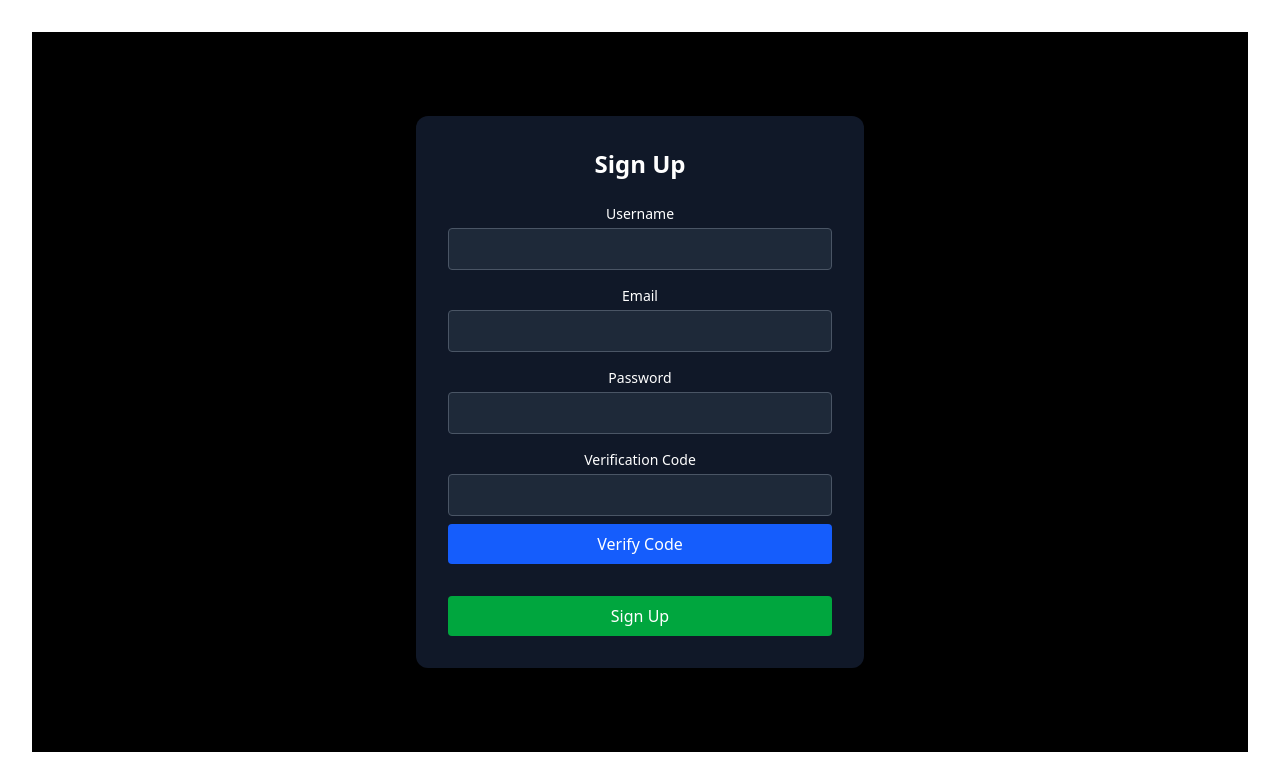
Repository: Meruem09/Briskly
Page: / (app in briskly/)
The author's editor kept a copy of each file at every save. The page is drawn from the files as they stood at one save, then again after the next save.
The browser window is 1280 px wide. The pictures show the whole page.
The page's requests for data from a server got no answer. The project was rebuilt for these pictures with package versions that can differ from the ones it lists, and the page was loaded fresh each time. Some packages were replaced by stand-ins written for this rebuild. No one was signed in, and anything a server would have sent is missing. Also part of the build but not shown: briskly/vite.config.js.

Above is the page before, as saved 2025-06-28 18:52:02.

### briskly/src/main.jsx
import { StrictMode } from 'react'
import { createRoot } from 'react-dom/client'
import { ClerkProvider } from '@clerk/clerk-react'
import './index.css'
import App from './App.jsx'

const PUBLISHABLE_KEY = import.meta.env.VITE_CLERK_PUBLISHABLE_KEY

if(!PUBLISHABLE_KEY){
  throw new Error('Add your clerk publishable key to .env file')
}
createRoot(document.getElementById('root')).render(
  <StrictMode>
    <ClerkProvider publishableKey={PUBLISHABLE_KEY}>
      <App />
    </ClerkProvider>
  </StrictMode>,
)

### briskly/src/index.css
@tailwind base;
@tailwind components;
@tailwind utilities;
@import "tailwindcss";
@import "tw-animate-css";

### briskly/src/App.jsx
import { useState } from 'react'
import './App.css'
import SignUpPage from './component/SignUpPage'

function App() {
  const [count, setCount] = useState(0)

  return (
    <>
    <SignUpPage/>
    </>
  )
}

export default App

### briskly/src/component/SignUpPage.jsx
import React, { useState } from "react";
import { useSignUp } from "@clerk/clerk-react";

export default function SignUpPage() {

  const {isLoaded, signUp, setActive} = useSignUp();
  const [username, setUsername] = useState("");
  const [emailAddress, setEmail] = useState("");
  const [password, setPassword] = useState("");
  const [verificationCode, setVerificationCode] = useState("");
  const [pendingVerification, setpendingVerification] = useState(false);
  const [error, setError] = useState("")

  if(!isLoaded){
    return null;
  }

  async function handleSignUp(e){
    e.preventDefault();
    if(!isLoaded){
      return;
    }

  try{
    await signUp.create({
      emailAddress,
      password,
    });
    await signUp.prepareEmailAddressVerification({strategy: "email_code"});
    setpendingVerification(true);
  }
  catch(err){
    console.log(JSON.stringify(err, null, 2));
    setError(err.errors[0].message);
  }
}

async function handleVerify(e) {
    e.preventDefault();
    if (!isLoaded) {
      return;
    }

    try {
      const completeSignUp = await signUp.attemptEmailAddressVerification({
        code: verificationCode,
      });
      if (completeSignUp.status !== "complete") {
        console.log(JSON.stringify(completeSignUp, null, 2));
      }

      if (completeSignUp.status === "complete") {
        await setActive({ session: completeSignUp.createdSessionId });
        router.push("/dashboard");
      }
    } catch (err) {
      console.error(JSON.stringify(err, null, 2));
      setError(err.errors[0].message);
    }
  }


  // const handleSignUp = (e) => {
  //   e.preventDefault();
  //   console.log("Signing up with:", { username, emailAddress, password });

  // };

  // const handleVerify = () => {
  //   console.log("Verifying code:", verificationCode);
  //   // Add your verification logic here
  // };

  return (
    <div className="min-h-screen flex items-center justify-center bg-black text-white px-4">
      <div className="w-full max-w-md bg-gray-900 p-8 rounded-xl shadow-lg">
        <h2 className="text-2xl font-bold mb-6">Sign Up</h2>

        <form onSubmit={handleSignUp} className="space-y-4">
          <div>
            <label className="block text-sm mb-1">Username</label>
            <input
              type="text"
              value={username}
              onChange={(e) => setUsername(e.target.value)}
              className="w-full px-4 py-2 bg-gray-800 text-white rounded border border-gray-600 focus:outline-none focus:ring-2 focus:ring-blue-500"
              required
            />
          </div>

          <div>
            <label className="block text-sm mb-1">Email</label>
            <input
              type="email"
              value={emailAddress}
              onChange={(e) => setEmail(e.target.value)}
              className="w-full px-4 py-2 bg-gray-800 text-white rounded border border-gray-600 focus:outline-none focus:ring-2 focus:ring-blue-500"
              required
            />
          </div>

          <div>
            <label className="block text-sm mb-1">Password</label>
            <input
              type="password"
              value={password}
              onChange={(e) => setPassword(e.target.value)}
              className="w-full px-4 py-2 bg-gray-800 text-white rounded border border-gray-600 focus:outline-none focus:ring-2 focus:ring-blue-500"
              required
              minLength={8}
            />
          </div>

          <div>
            <label className="block text-sm mb-1">Verification Code</label>
            <input
              type="text"
              value={verificationCode}
              onChange={(e) => setVerificationCode(e.target.value)}
              className="w-full px-4 py-2 bg-gray-800 text-white rounded border border-gray-600 focus:outline-none focus:ring-2 focus:ring-blue-500"
              required
            />
            <button
              type="button"
              onClick={handleVerify}
              className="mt-2 w-full bg-blue-600 hover:bg-blue-700 text-white py-2 rounded transition-colors"
            >
              Verify Code
            </button>
          </div>

          <button
            type="submit"
            className="w-full mt-4 bg-green-600 hover:bg-green-700 text-white py-2 rounded transition-colors"
          >
            Sign Up
          </button>
        </form>
      </div>
    </div>
  );
}

Loaded but not shown: briskly/index.html (common file); briskly/src/App.css (common file)

After the next save:
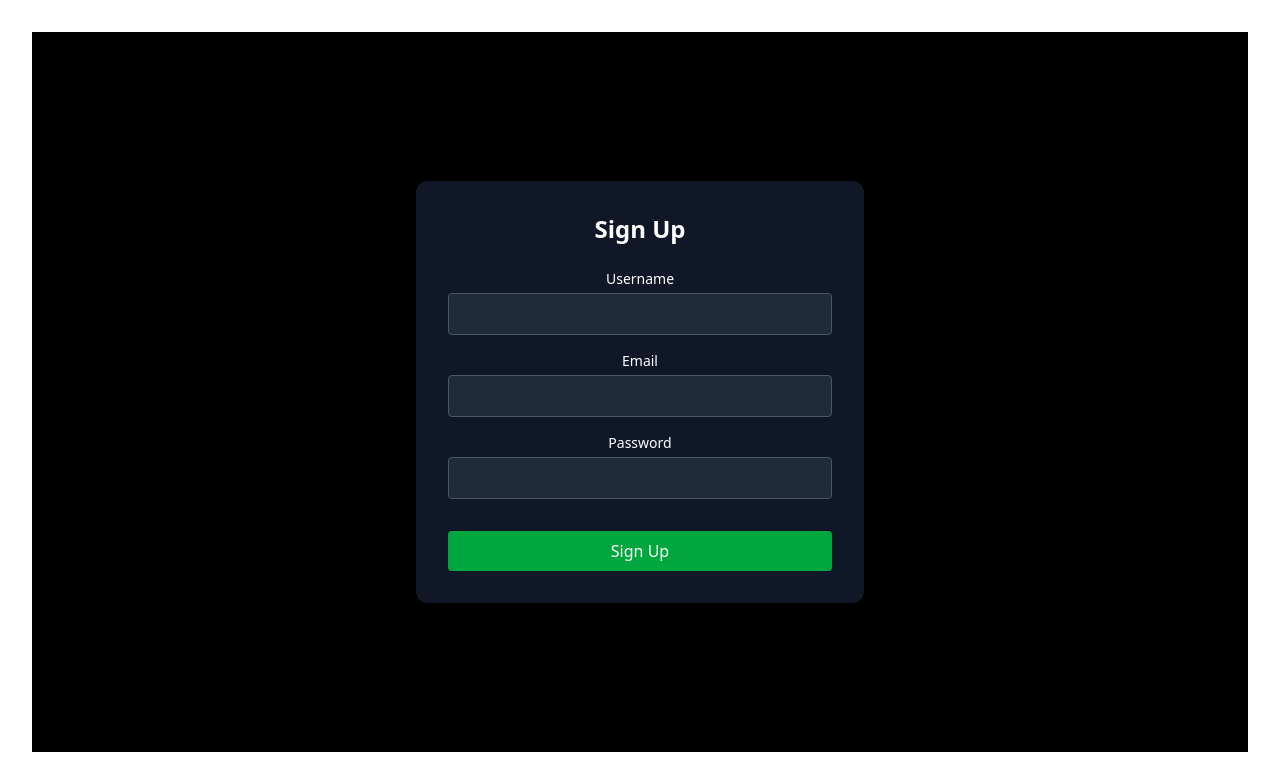
Saved 24 s later.
--- a/briskly/src/component/SignUpPage.jsx
+++ b/briskly/src/component/SignUpPage.jsx
@@ -111,6 +111,7 @@
             />
           </div>
 
+        {pendingVerification && (
           <div>
             <label className="block text-sm mb-1">Verification Code</label>
             <input
@@ -128,7 +129,7 @@
               Verify Code
             </button>
           </div>
-
+        )}
           <button
             type="submit"
             className="w-full mt-4 bg-green-600 hover:bg-green-700 text-white py-2 rounded transition-colors"
